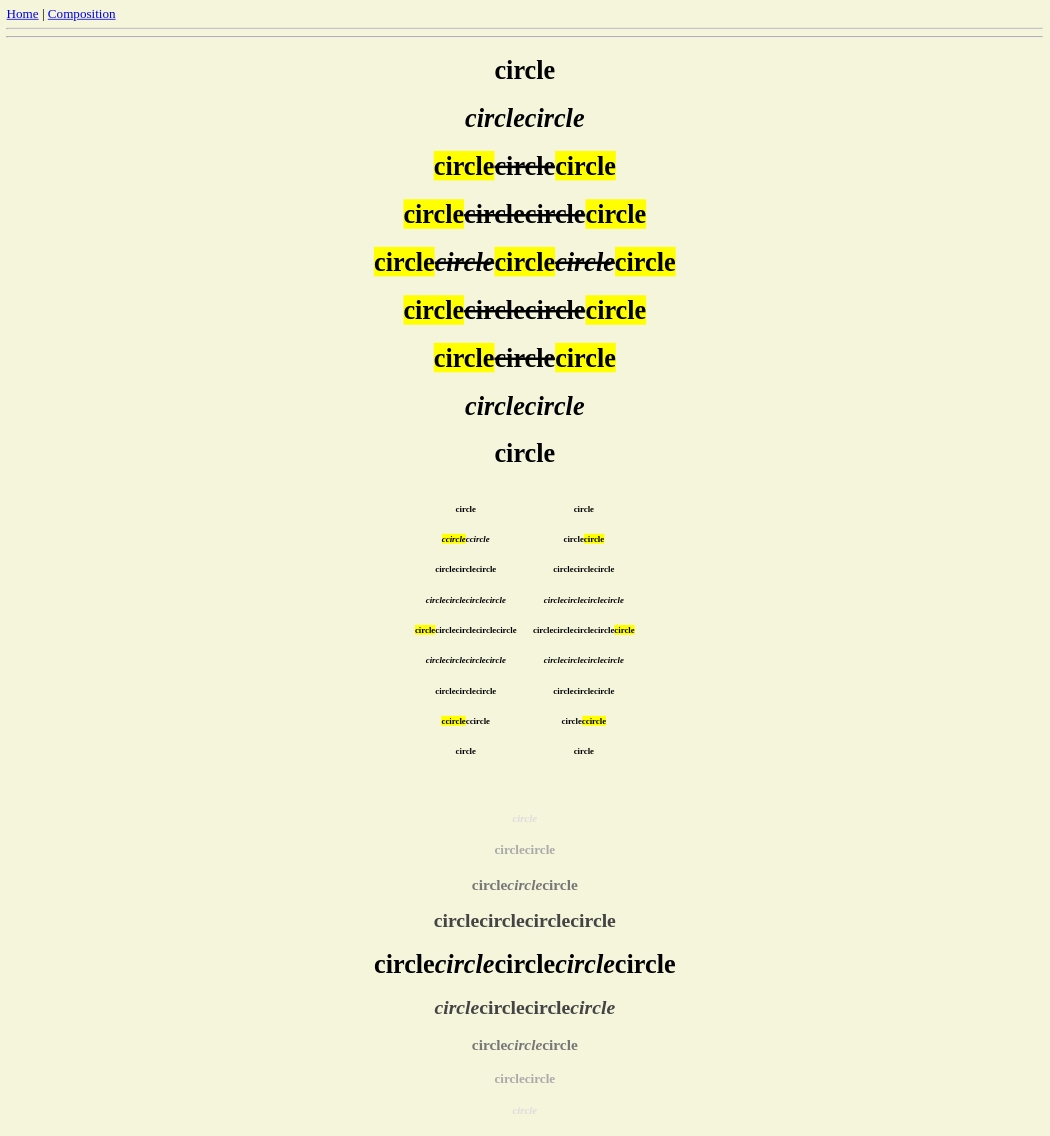
Repository: parkh899/parkh899.github.io
Page: lab/composition2.html
The author's editor kept a record of every edit. The page is drawn from the files as they stood at one moment, then again after the next edit.
The browser window is 1280 px wide. The pictures show the whole page, at 82% of full size.

Above is the page before.

### lab/composition2.html
<html>

<a href = "../index.html">Home</a> | <a href = "index.html">Composition</a>

<br/>
<hr/>
<hr/>

<body bgcolor="beige">

<center>

    <h1>circle</h1>
    <h1><i>circlecircle</i></h1>
    <h1><mark>circle</mark><del>circle</del><mark>circle</mark></h1>
    <h1><mark>circle</mark><del>circlecircle</del><mark>circle</mark></h1>
    <h1><mark>circle</mark><del><i>circle</i></del><mark>circle</mark><del><i>circle</i></del><mark>circle</mark></h1>
    <h1><mark>circle</mark><del>circlecircle</del><mark>circle</mark></h1>
    <h1><mark>circle</mark><del>circle</del><mark>circle</mark></h1>
    <h1><i>circlecircle</i></h1>
    <h1>circle</h1>

    <br/>

    <table>
        <tr>
            <td>
                <center>
                <h6>circle</h6>
                <h6><i><mark>ccircle</mark>ccircle</i></h6>
                <h6>circlecirclecircle</h6>
                <h6><em>circlecirclecirclecircle</em></h6>
                <h6><strong><mark>circle</mark>circlecirclecirclecircle</strong></h6>
                <h6><em>circlecirclecirclecircle</em></h6>
                <h6>circlecirclecircle</h6>
                <h6><mark>ccircle</mark>ccircle</h6>
                <h6>circle</h6>
                </center>
            </td>
            <td>
                &nbsp;&nbsp;&nbsp;
            </td>
            <td>
                <center>
                <h6>circle</h6>
                <h6>circle<mark>circle</mark></h6>
                <h6>circlecirclecircle</h6>
                <h6><em>circlecirclecirclecircle</em></h6>
                <h6><strong>circlecirclecirclecircle<mark>circle</mark></strong></h6>
                <h6><em>circlecirclecirclecircle</em></h6>
                <h6>circlecirclecircle</h6>
                <h6>circle<mark>ccircle</mark></h6>
                <h6>circle</h6>
                </center>
            </td>
        </tr>

    </table>

    <br/>

    <h5 style="color:#DDDDDD"><i>circle</i></h5>
    <h4 style="color:#AAAAAA">circlecircle</h4>
    <h3 style="color:#777777">circle<i>circle</i>circle</h3>
    <h2 style="color:#444444">circlecirclecirclecircle</h2>
    <h1>circle<i>circle</i>circle<i>circle</i>circle</h1>
    <h2 style="color:#444444"><i>circle</i>circlecircle<i>circle</i></h2>
    <h3 style="color:#777777">circle<i>circle</i>circle</h3>
    <h4 style="color:#AAAAAA">circlecircle</h4>
    <h5 style="color:#DDDDDD"><i>circle</i></h5>


    </center>

    </body>


</html>

After the next edit:
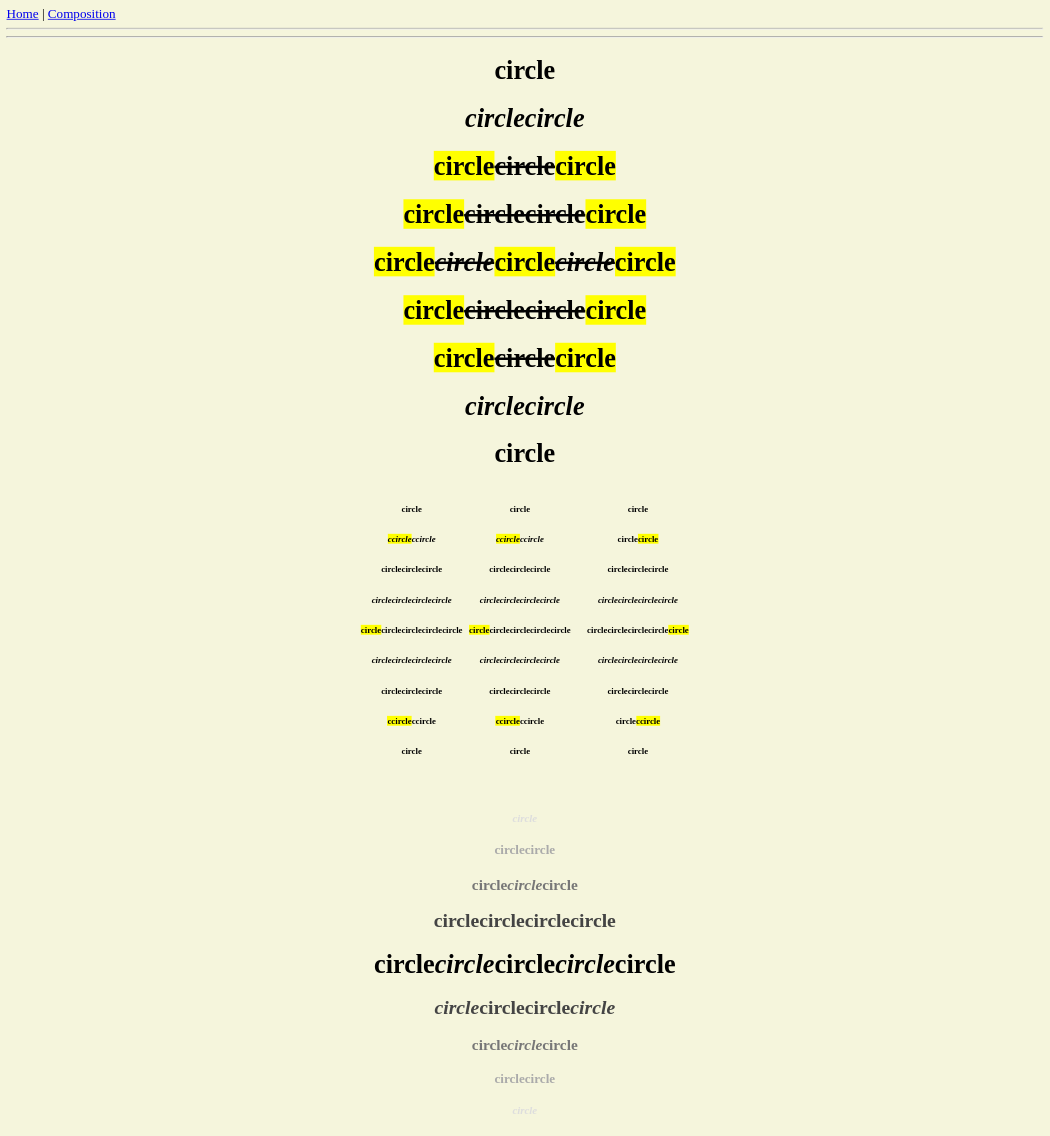
The edit:
--- a/lab/composition2.html
+++ b/lab/composition2.html
@@ -25,6 +25,21 @@
     <table>
         <tr>
             <td>
+                <center>
+                <h6>circle</h6>
+                <h6><i><mark>ccircle</mark>ccircle</i></h6>
+                <h6>circlecirclecircle</h6>
+                <h6><em>circlecirclecirclecircle</em></h6>
+                <h6><strong><mark>circle</mark>circlecirclecirclecircle</strong></h6>
+                <h6><em>circlecirclecirclecircle</em></h6>
+                <h6>circlecirclecircle</h6>
+                <h6><mark>ccircle</mark>ccircle</h6>
+                <h6>circle</h6>
+                </center>
+            </td>
+            <td>
+
+                <td>
                 <center>
                 <h6>circle</h6>
                 <h6><i><mark>ccircle</mark>ccircle</i></h6>
